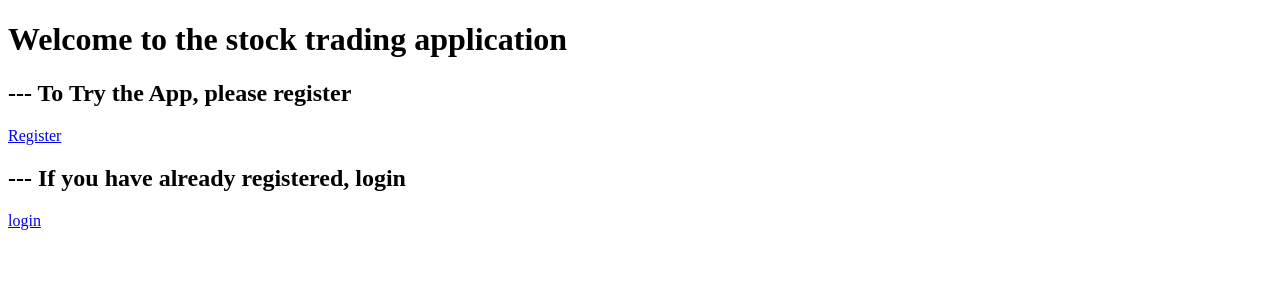
Repository: mariamawit/Assignments
Page: http://localhost/monolith/WEB-INF/jsp/Final.jsp
These files come from the project's save history. The page is drawn as it stood at one moment and after the next save; the edit follows.
The browser window is 1280 px wide. The pictures show the whole page.
The page is served by Tomcat 9. Nobody is signed in. The template is opened directly, without the code that normally fills it, so the values that code supplies are empty.

Above is the page before, as saved 2019-07-16 16:37:29.

After the next save:
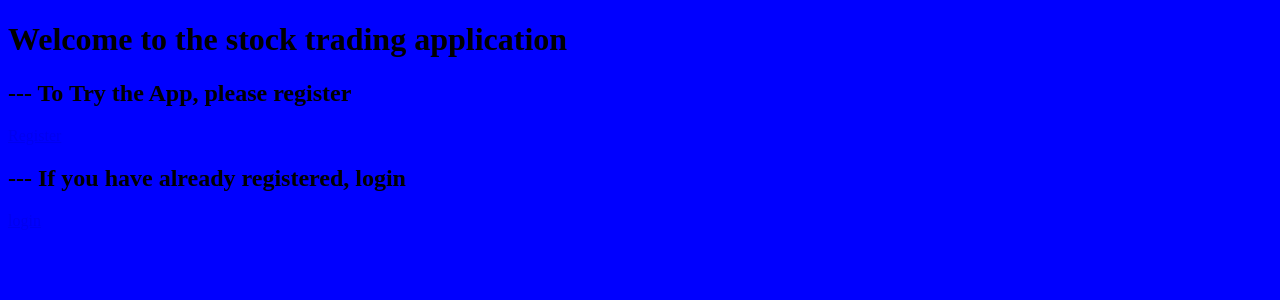
Saved 48 s later.
--- a/springboot/assignment1/monolith/src/main/webapp/WEB-INF/jsp/Final.jsp
+++ b/springboot/assignment1/monolith/src/main/webapp/WEB-INF/jsp/Final.jsp
@@ -7,7 +7,7 @@
 <title>Insert title here</title>
 </head>
 
-<body>
+<body bgcolor="blue">
 <h1>Welcome to the stock trading application</h1>
 
 <h2> --- To Try the App, please register </h2>
